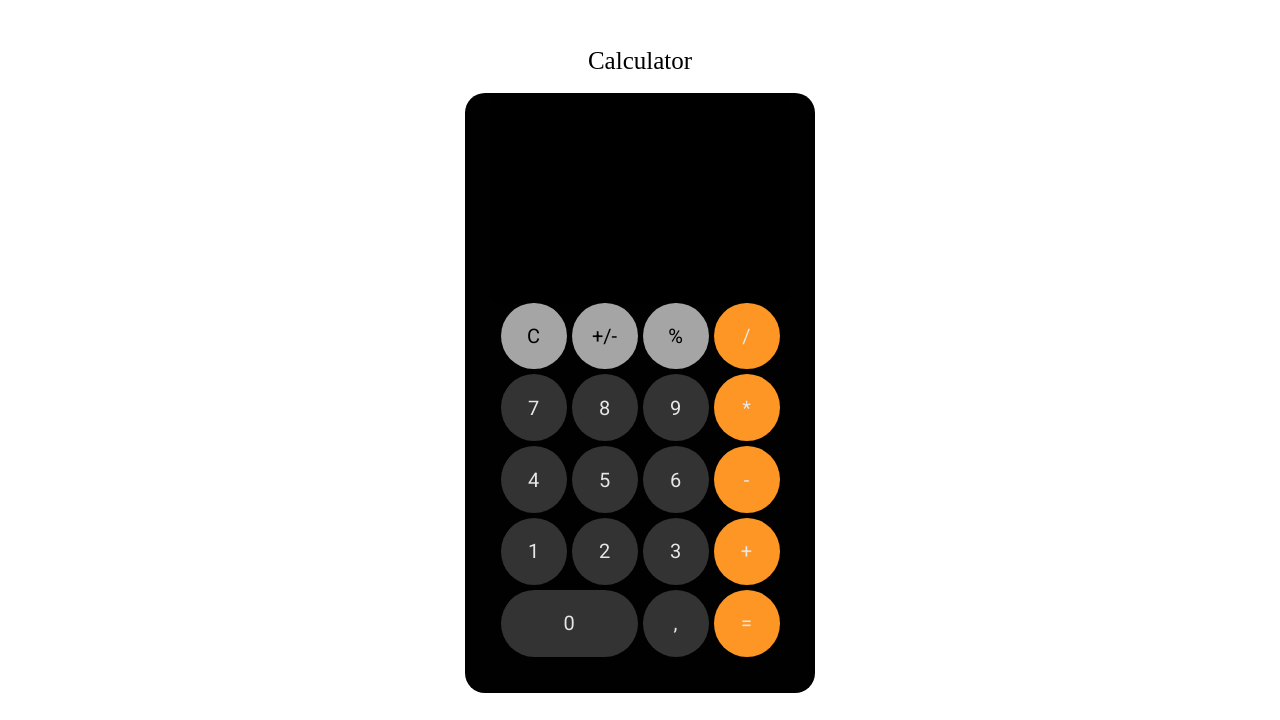
Repository: Gibon9/SimpleCalc
Page: index.html
The author's editor kept a copy of each file at every save. The page is drawn from the files as they stood at one save, then again after the next save.
The browser window is 1280 px wide. The pictures show the whole page.
Some web fonts or font styles are not loaded; a fallback is used.

Above is the page before, as saved 2020-11-27 19:47:06.

After the next save:
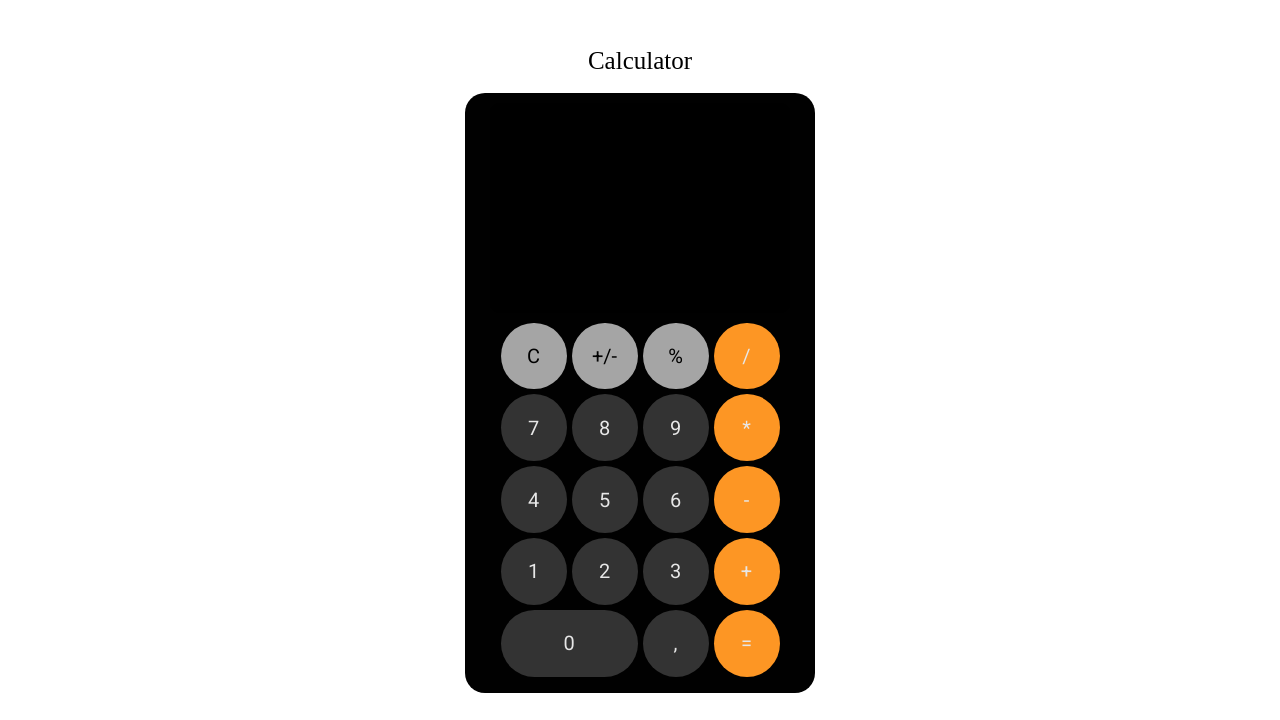
Saved 23 s later.
--- a/style/style.css
+++ b/style/style.css
@@ -44,7 +44,7 @@
 }
 
 .calc-display {
-  margin: 0 auto;
+  margin: 10px auto;
   width: 300px;
   height: 35%;
   background-color: var(--display-color);

After the save that followed:
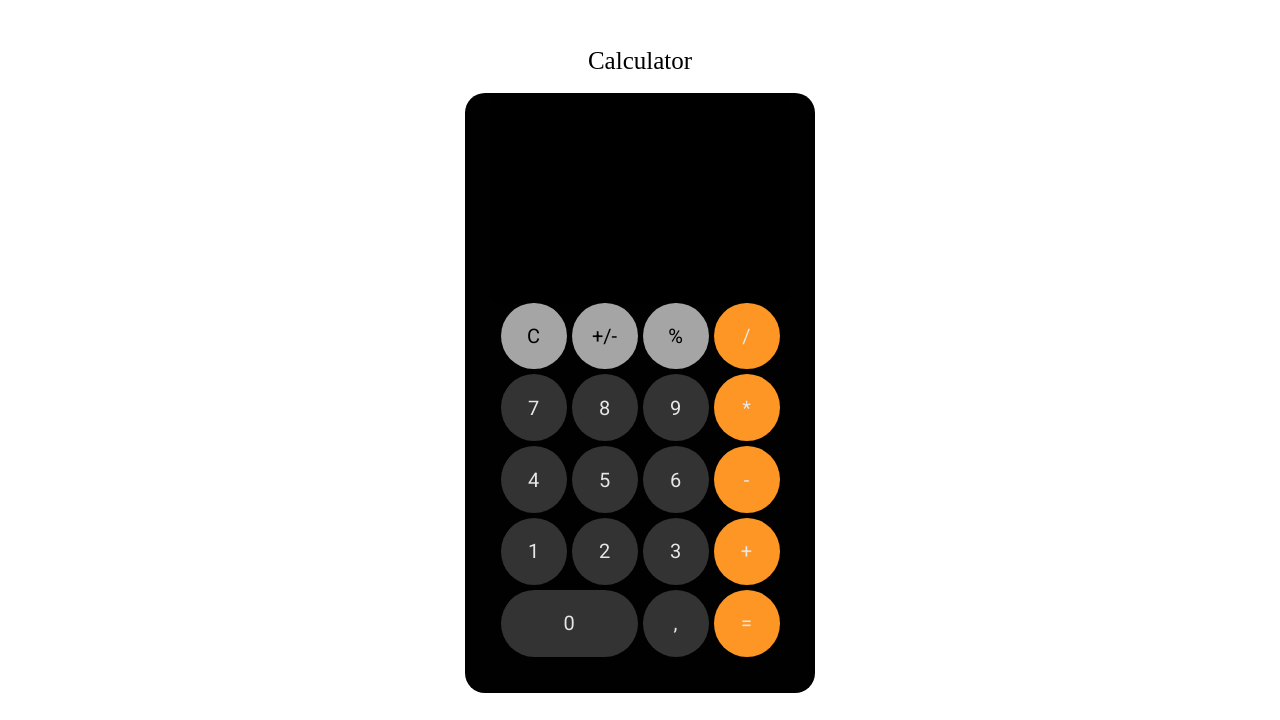
Saved 20 s later.
--- a/style/style.css
+++ b/style/style.css
@@ -44,7 +44,7 @@
 }
 
 .calc-display {
-  margin: 10px auto;
+  margin: 0 auto;
   width: 300px;
   height: 35%;
   background-color: var(--display-color);
